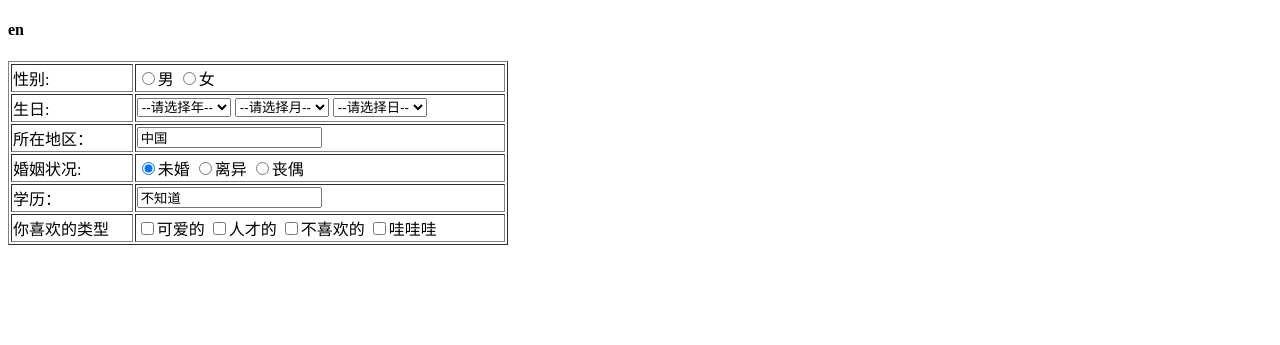
Repository: Qwenicq/My_project
Page: html/HTML_learning/exampl.html
The author's editor kept a copy of each file at every save. The page is drawn from the files as they stood at one save, then again after the next save.
The browser window is 1280 px wide. The pictures show the whole page.

Above is the page before, as saved 2023-03-29 21:58:36.

After the next save:
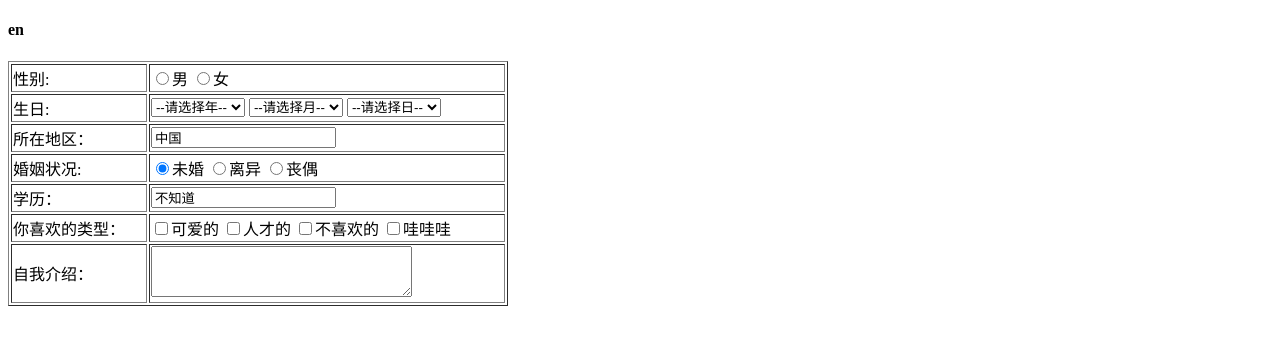
Saved 52 s later.
--- a/html/HTML_learning/exampl.html
+++ b/html/HTML_learning/exampl.html
@@ -67,7 +67,7 @@
             <td><input type="text" value="不知道"></td>
         </tr>
         <tr>
-            <td>你喜欢的类型</td>
+            <td>你喜欢的类型：</td>
             <td>
                 <input type="checkbox" name="love">可爱的
                 <input type="checkbox" name="love">人才的
@@ -75,6 +75,12 @@
                 <input type="checkbox" name="love">哇哇哇
             </td>
         </tr>
+        <tr>
+            <td>自我介绍：</td>
+            <td>
+                <textarea name="" id="" cols="30" rows="3"></textarea>
+            </td>
+        </tr>
 
     </table>
 </body>
